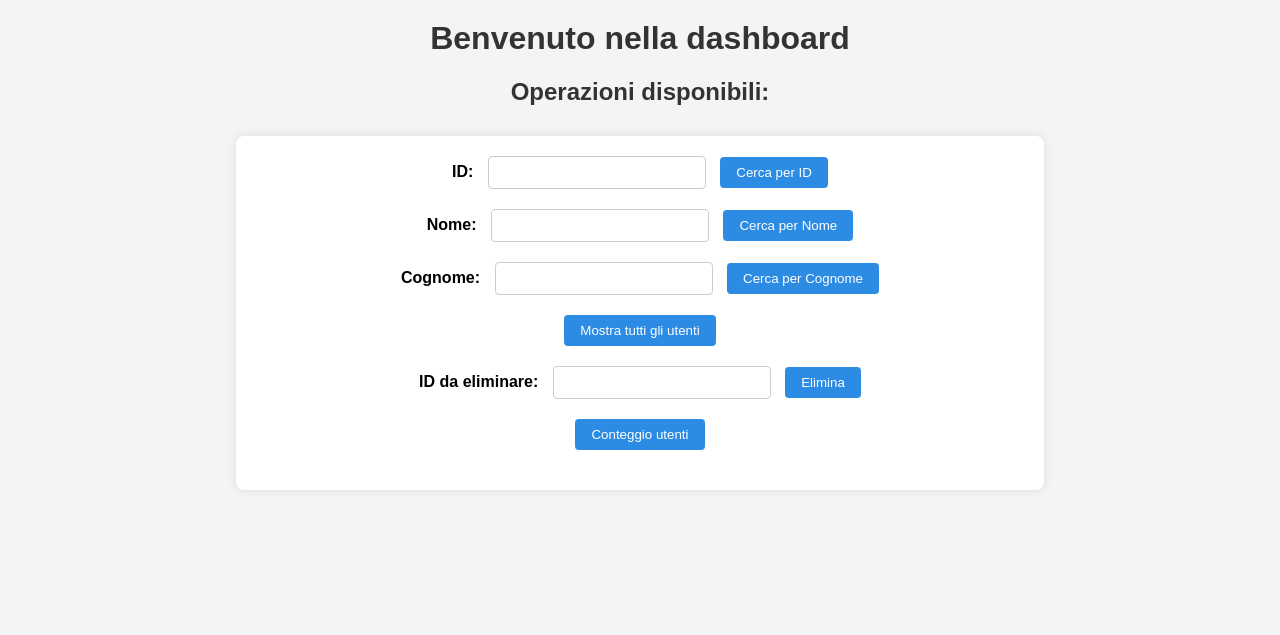
Repository: PcarloP/java_se
Page: http://localhost/anagraficaweb/dashboard.jsp
An editor plug-in stored every save of this project. The page is shown before and after the next save, followed by the edit.
The browser window is 1280 px wide. The pictures show the whole page.
The page is served by Tomcat 10.

Above is the page before, as saved 2025-06-20 08:36:09.

After the next save:
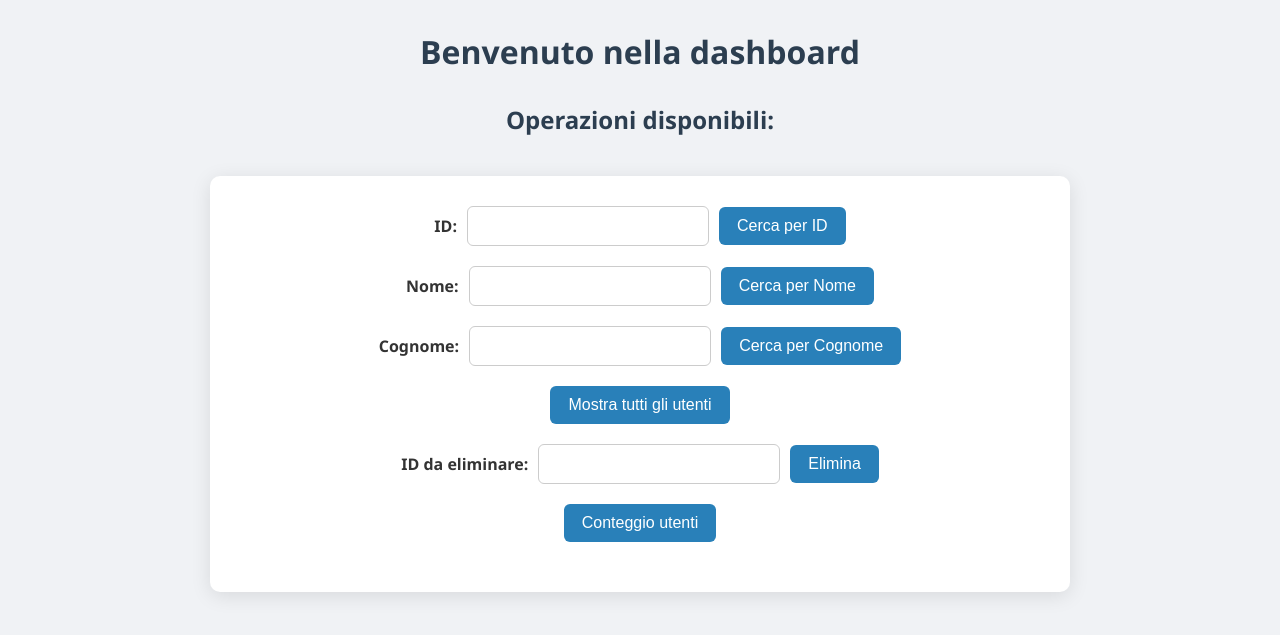
Saved 15 min 6 s later.
--- a/anagraficaweb/WebContent/dashboard.css
+++ b/anagraficaweb/WebContent/dashboard.css
@@ -1,52 +1,74 @@
+/* Impostazioni globali */
 body {
-    font-family: Arial, sans-serif;
-    background-color: #f4f4f4;
+    font-family: 'Segoe UI', Tahoma, Geneva, Verdana, sans-serif;
+    background-color: #f0f2f5;
+    color: #333;
     margin: 0;
     padding: 0;
-    text-align: center;
 }
 
+/* Titoli */
 h1, h2 {
-    color: #333;
-    margin-top: 20px;
+    text-align: center;
+    color: #2c3e50;
+    margin-top: 30px;
 }
 
+/* Contenitore principale dei form */
 .forms-container {
-    width: 60%;
-    margin: 30px auto;
-    padding: 20px;
+    width: 90%;
+    max-width: 800px;
+    margin: 40px auto;
+    padding: 30px;
     background-color: #ffffff;
-    box-shadow: 0 0 10px rgba(0,0,0,0.1);
-    border-radius: 8px;
+    border-radius: 10px;
+    box-shadow: 0 4px 20px rgba(0, 0, 0, 0.1);
 }
 
+/* Ogni form è disposto in colonna con spazio tra i campi */
 form {
+    display: flex;
+    flex-wrap: wrap;
+    align-items: center;
+    justify-content: center;
     margin-bottom: 20px;
+    gap: 10px;
 }
 
+/* Etichette */
 label {
     font-weight: bold;
-    margin-right: 10px;
 }
 
+/* Campi input */
 input[type="text"],
 input[type="number"] {
-    padding: 8px;
-    width: 200px;
-    margin-right: 10px;
+    padding: 10px;
+    width: 220px;
     border: 1px solid #ccc;
-    border-radius: 4px;
+    border-radius: 6px;
+    font-size: 1em;
+    transition: border-color 0.3s ease;
 }
 
+input[type="text"]:focus,
+input[type="number"]:focus {
+    border-color: #2980b9;
+    outline: none;
+}
+
+/* Bottoni */
 button {
-    padding: 8px 16px;
-    background-color: #2c8be3;
+    padding: 10px 18px;
+    background-color: #2980b9;
     color: white;
     border: none;
-    border-radius: 4px;
+    border-radius: 6px;
+    font-size: 1em;
     cursor: pointer;
+    transition: background-color 0.3s ease;
 }
 
 button:hover {
-    background-color: #156fbd;
+    background-color: #1c5980;
 }
